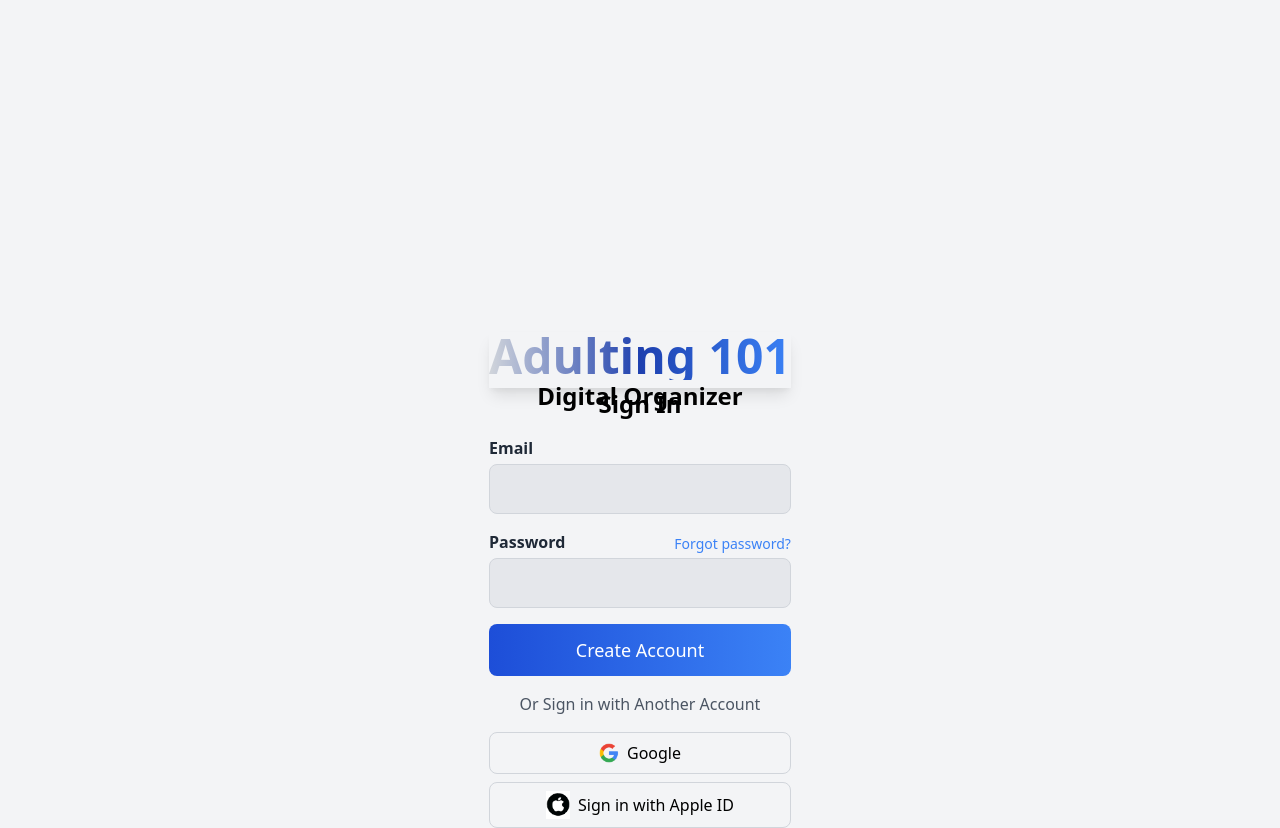
Repository: MercyB19/Russaw_Mercy_Adulting-101_Capstone
Page: index.html
An editor plug-in stored every save of this project. The page is shown before and after the next save, followed by the edit.
The browser window is 1280 px wide. The pictures show the whole page.
Some web fonts or font styles are not loaded; a fallback is used.

Above is the page before, as saved 2024-07-23 05:52:22.

### index.html
<!DOCTYPE html>
<html>
<head>
  <meta charset="utf-8" />
  <meta name="viewport" content="width=device-width, initial-scale=1.0">
  <title>YAY Adulting</title>
  <link href="https://cdn.jsdelivr.net/npm/tailwindcss@2.2.19/dist/tailwind.min.css" rel="stylesheet">
  <link rel="stylesheet" href="https://fonts.googleapis.com/css2?family=Balsamiq+Sans:wght@400;700&display=swap" />
  <link rel="stylesheet" href="https://fonts.googleapis.com/css2?family=Inter:wght@400;500;600&display=swap" />
  <link rel="stylesheet" href="https://fonts.googleapis.com/css2?family=Poppins:wght@500;700&display=swap" />
</head>
<body class="bg-gray-100 flex justify-center items-center min-h-screen">
  <div class="h-14 bg-gradient-to-r from-cyan-500 to-blue-500 shadow-lg">
    <div class="h-14 bg-gradient-to-r from-sky-500 to-indigo-500rounded-lg">
      <header class="text-center mb-6">
        <div class="text-5xl font-bold text-teal-800 bg-gradient-to-r from-gray-300 via-blue-800 to-teal-800 bg-clip-text text-transparent">Adulting 101</div>
        <div class="text-2xl font-bold text-teal-800">Digital Organizer</div>
      </header>
    </div>
    <section>
      <div class="text-center text-2xl font-semibold text-teal-800 mb-4">Sign In</div>
      <form id="new_user" novalidate="novalidate" action="/users/sign_in" accept-charset="UTF-8" method="post">
        <input type="hidden" name="authenticity_token" value="FxHPCRhl5JJgqtND_npnfiFcsOMe3vEj3f7Q5ZczvMgPzfSCkdyNfdVi6KVlaeydTSL--1WXuUFwsIkOZ8mu_g" autocomplete="off">

        <div class="mb-4">
          <label class="block font-semibold text-gray-800" for="user_login">Email</label>
          <input class="mt-1 w-full p-3 bg-gray-200 border border-gray-300 rounded-lg" type="text" name="user[login]" id="user_login" required>
        </div>
        <div class="mb-4 relative">
          <label class="block font-semibold text-gray-800" for="user_password">Password</label>
          <input class="mt-1 w-full p-3 bg-gray-200 border border-gray-300 rounded-lg" type="password" name="user[password]" id="user_password">
          <a class="absolute right-0 top-0 mt-1 text-sm text-blue-500 hover:underline" href="/users/password/new">Forgot password?</a>
        </div>
        <div class="flex flex-col gap-4">
          <button class="bg-gradient-to-r from-blue-700 to-teal-500 text-white py-3 rounded-lg text-lg">Create Account</button>
          <div class="text-center text-gray-600">Or Sign in with Another Account</div>
          <div class="flex flex-col gap-2">
            <button class="flex items-center justify-center gap-2 border border-gray-300 py-2 rounded-lg">
              <img src="Images/google_img.png" alt="Google Icon" class="w-5 h-5">
              <div>Google</div>
            </button>
            <button class="flex items-center justify-center gap-2 border border-gray-300 py-2 rounded-lg">
              <img src="Images/apple_img.png" alt="Apple Icon" class="w-6 h-7">
              <div>Sign in with Apple ID</div>
            </button>
          </div>
        </div>
      </form>
    </section>
  </div>
</body>
</html>

After the next save:
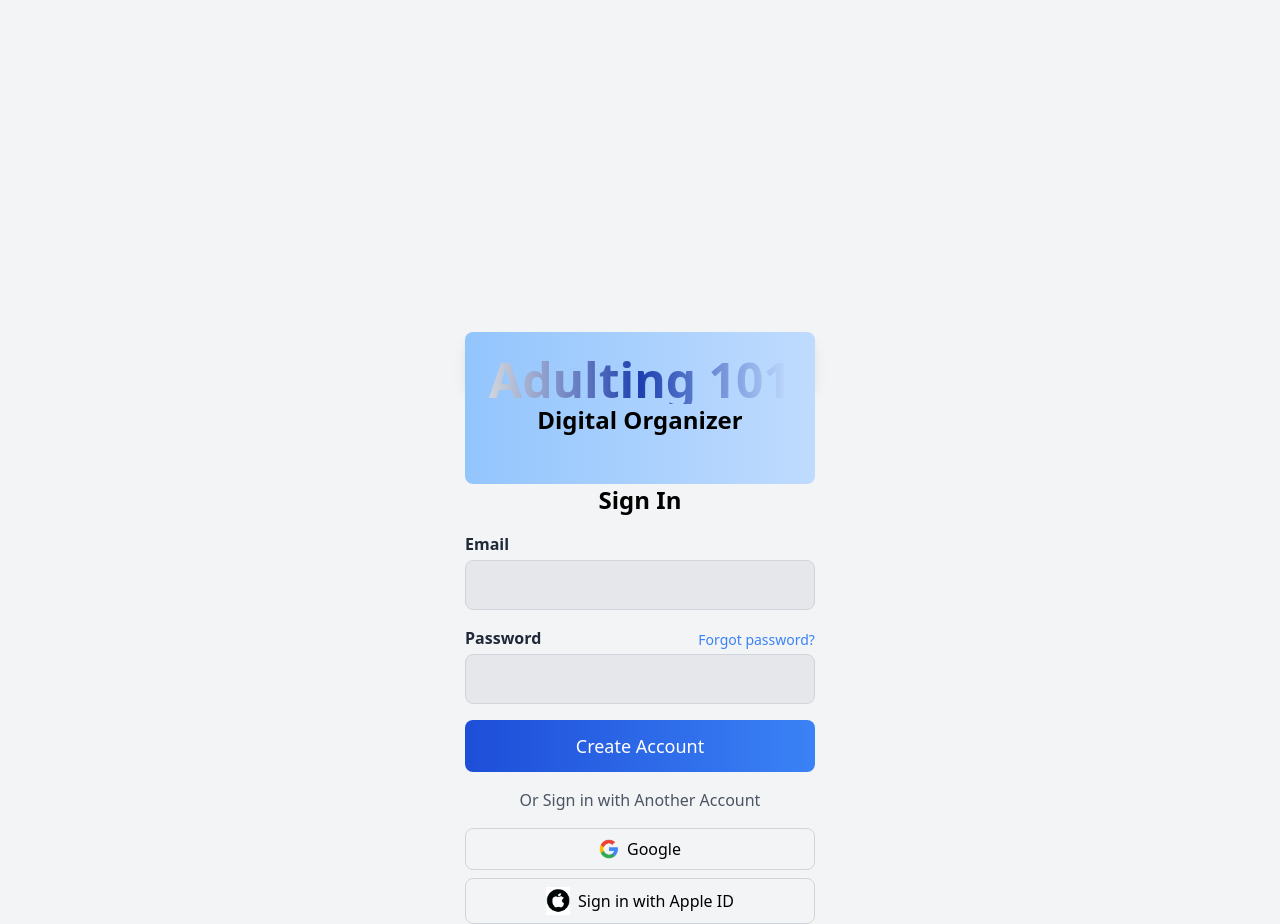
Saved 19 s later.
--- a/index.html
+++ b/index.html
@@ -11,7 +11,7 @@
 </head>
 <body class="bg-gray-100 flex justify-center items-center min-h-screen">
   <div class="h-14 bg-gradient-to-r from-cyan-500 to-blue-500 shadow-lg">
-    <div class="h-14 bg-gradient-to-r from-sky-500 to-indigo-500rounded-lg">
+    <div class="bg-gradient-to-r from-blue-300 via-teal-300 to-blue-200 p-6 rounded-lg">
       <header class="text-center mb-6">
         <div class="text-5xl font-bold text-teal-800 bg-gradient-to-r from-gray-300 via-blue-800 to-teal-800 bg-clip-text text-transparent">Adulting 101</div>
         <div class="text-2xl font-bold text-teal-800">Digital Organizer</div>
